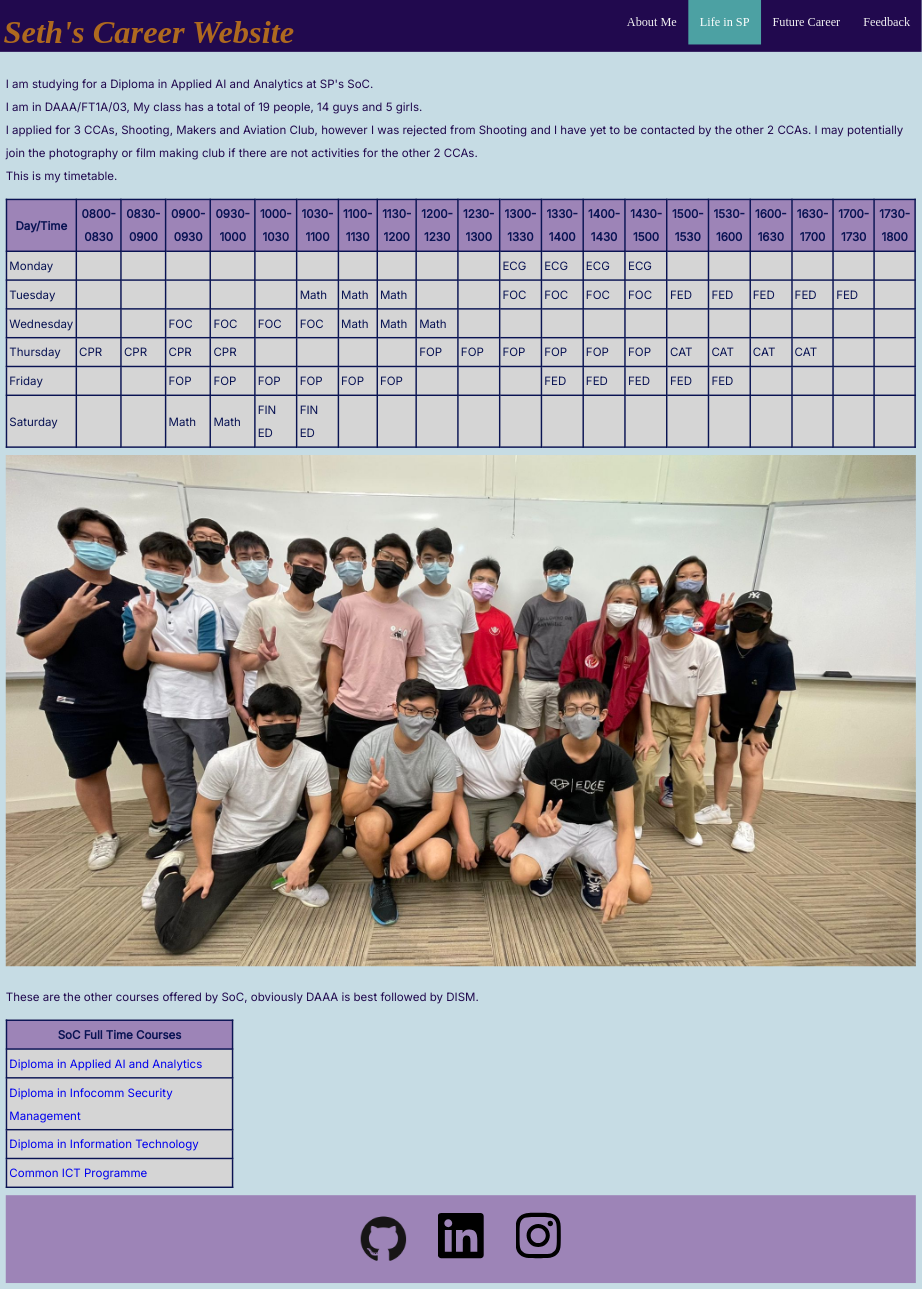
Repository: idkSeth/SP-FED-Website
Page: life.html
The author's editor kept a record of every edit. The page is drawn from the files as they stood at one moment, then again after the next edit.
The browser window is 1280 px wide. The pictures show the whole page, at 72% of full size.
Some web fonts or font styles are not loaded; a fallback is used.

Above is the page before.

### life.html
<!DOCTYPE html>
<html lang="en">
<head>
    <title>Seth's Career Website</title>
    <link rel="icon" type="image" href="/images/favicon.png">
    <meta charset="UTF-8">
    <script src="scripts.js"></script>
    <noscript>Your browser does not support JavaScript! Please use a browser that supports JavaScript.</noscript>
    <link rel="preconnect" href="https://fonts.googleapis.com">
    <link rel="preconnect" href="https://fonts.gstatic.com" crossorigin>
    <link href="https://fonts.googleapis.com/css2?family=ZCOOL+QingKe+HuangYou&display=swap" rel="stylesheet">
    <link href="https://fonts.googleapis.com/css2?family=Inter&family=Open+Sans&display=swap" rel="stylesheet">
    <link rel="stylesheet" href="styles.css">
</head>

<body>
    <header>
        <a class="awesome" href="index.html">Seth's Career Website</a>
        <div class="topnav">
            <a href="index.html">About Me</a>
            <a class="current" href="life.html">Life in SP</a>
            <a href="future.html">Future Career</a>
            <a href="feedback.html">Feedback</a>
        </div>
    </header>

    <div>
        <p>
            I am studying for a Diploma in Applied AI and Analytics at SP's SoC. <br>
            I am in DAAA/FT1A/03, My class has a total of 19 people, 14 guys and 5 girls. <br>
            I applied for 3 CCAs, Shooting, Makers and Aviation Club, however I was rejected from Shooting and I have yet to be contacted by the other 2 CCAs.
            I may potentially join the photography or film making club if there are not activities for the other 2 CCAs.

            <br> This is my timetable.
        </p>
    </div>


    <table class="timetable">
        <thead>
            <tr>
                <th>Day/Time</th>
                <th>0800-0830</th>
                <th>0830-0900</th>
                <th>0900-0930</th>
                <th>0930-1000</th>
                <th>1000-1030</th>
                <th>1030-1100</th>
                <th>1100-1130</th>
                <th>1130-1200</th>
                <th>1200-1230</th>
                <th>1230-1300</th>
                <th>1300-1330</th>
                <th>1330-1400</th>
                <th>1400-1430</th>
                <th>1430-1500</th>
                <th>1500-1530</th>
                <th>1530-1600</th>
                <th>1600-1630</th>
                <th>1630-1700</th>
                <th>1700-1730</th>
                <th>1730-1800</th>
            </tr>
        </thead>
        <tbody>
          <tr>
            <td>Monday</td>
            <td></td>
            <td></td>
            <td></td>
            <td></td>
            <td></td>
            <td></td>
            <td></td>
            <td></td>
            <td></td>
            <td></td>
            <td>ECG</td>
            <td>ECG</td>
            <td>ECG</td>
            <td>ECG</td>
            <td></td>
            <td></td>
            <td></td>
            <td></td>
            <td></td>
            <td></td>
          </tr>
          <tr>
            <td>Tuesday</td>
            <td></td>
            <td></td>
            <td></td>
            <td></td>
            <td></td>
            <td>Math</td>
            <td>Math</td>
            <td>Math</td>
            <td></td>
            <td></td>
            <td>FOC</td>
            <td>FOC</td>
            <td>FOC</td>
            <td>FOC</td>
            <td>FED</td>
            <td>FED</td>
            <td>FED</td>
            <td>FED</td>
            <td>FED</td>
            <td></td>
          </tr>
          <tr>
            <td>Wednesday</td>
            <td></td>
            <td></td>
            <td>FOC</td>
            <td>FOC</td>
            <td>FOC</td>
            <td>FOC</td>
            <td>Math</td>
            <td>Math</td>
            <td>Math</td>
            <td></td>
            <td></td>
            <td></td>
            <td></td>
            <td></td>
            <td></td>
            <td></td>
            <td></td>
            <td></td>
            <td></td>
            <td></td>
          </tr>
          <tr>
            <td>Thursday</td>
            <td>CPR</td>
            <td>CPR</td>
            <td>CPR</td>
            <td>CPR</td>
            <td></td>
            <td></td>
            <td></td>
            <td></td>
            <td>FOP</td>
            <td>FOP</td>
            <td>FOP</td>
            <td>FOP</td>
            <td>FOP</td>
            <td>FOP</td>
            <td>CAT</td>
            <td>CAT</td>
            <td>CAT</td>
            <td>CAT</td>
            <td></td>
            <td></td>
          </tr>
          <tr>
            <td>Friday</td>
            <td></td>
            <td></td>
            <td>FOP</td>
            <td>FOP</td>
            <td>FOP</td>
            <td>FOP</td>
            <td>FOP</td>
            <td>FOP</td>
            <td></td>
            <td></td>
            <td></td>
            <td>FED</td>
            <td>FED</td>
            <td>FED</td>
            <td>FED</td>
            <td>FED</td>
            <td></td>
            <td></td>
            <td></td>
            <td></td>
          </tr>
          <tr>
            <td>Saturday</td>
            <td></td>
            <td></td>
            <td>Math</td>
            <td>Math</td>
            <td>FIN ED</td>
            <td>FIN ED</td>
            <td></td>
            <td></td>
            <td></td>
            <td></td>
            <td></td>
            <td></td>
            <td></td>
            <td></td>
            <td></td>
            <td></td>
            <td></td>
            <td></td>
            <td></td>
            <td></td>
          </tr>
      </tbody>
    </table>


    <img src="images/class.jpeg" alt="My Class">

    <p>
        These are the other courses offered by SoC, obviously DAAA is best followed by DISM.
    </p>

    <div>
        <table class="courses">
            <thead>
                <tr>
                    <th>SoC Full Time Courses</th>
                </tr>
            </thead>

            <tbody>
                <tr>
                    <td>
                        <a href="https://www.sp.edu.sg/soc/courses/full-time-diplomas/applied-AI-and-analytics">Diploma in Applied AI and Analytics</a>
                    </td>
                </tr>
                <tr>
                    <td>
                        <a href="https://www.sp.edu.sg/soc/courses/full-time-diplomas/infocomm-security-management">Diploma in Infocomm Security Management</a>
                    </td>
                </tr>
                <tr>
                    <td>
                        <a href="https://www.sp.edu.sg/soc/courses/full-time-diplomas/information-technology">Diploma in Information Technology</a>
                    </td>
                </tr>
                <tr>
                    <td>
                        <a href="https://www.sp.edu.sg/soc/courses/full-time-diplomas/common-ict-programme">Common ICT Programme</a>
                    </td>
                </tr>
            </tbody>
        </table>
    </div>

    <footer>
        <div id="social">
            <a href="https://github.com/idkSeth" target="_blank" rel="noopener"><img src="images/icons/GitHub-Mark-120px-plus.png" alt="GitHub"></a>
            <a href="https://www.linkedin.com/in/seth-yong-00672b229/" target="_blank" rel="noopener"><img src="/images/icons/linkedin-brands.svg" alt="LinkedIn"></a>
            <a href="https://www.instagram.com/ds047_seth" target="_blank" rel="noopener"><img src="/images/icons/instagram-brands.svg" alt="Instagram"></a>
        </div>
    </footer>

</body>

### styles.css
body {
    background-color:  #C6DCE4;
    margin-top: 100px;
    padding: 0;
    font-family: 'Inter', sans-serif;
    font-weight: normal;
    line-height: 2;
}

#about {
    align-content: center;
    margin: auto;
    padding: auto;
    text-align: center;
    top: 50%;
    text-align: left;
    margin: auto;
    width: 100%;
    height: 100%;
}

#social {
  text-align: center;
  width: 100%;
}

#social a img {
  width: 5%;
  padding: 20px;
}

p {
    color:#21094E;
}

img {
  object-fit: contain;
  width: 100%;
  margin: auto;
}

footer {
  background-color: #9D84B7;
  bottom: 0;
  left: 0;
  width: 100%;
  margin: 0;
  padding: 0;
}


header {
  font-family: 'ZCOOL QingKe HuangYou', cursive;
  background-color: #21094E;
  min-width: 100%;
  width: 100%;
  height: 10%;
  left: 0;
  top: 0;
  position: absolute;
}

header a {
  padding-left: 5px;
}


/* Add a black background color to the top navigation */
.topnav {
  overflow: hidden;
  float: right;
}

/* Style the links inside the navigation bar */
.topnav a {
  float: left;
  color: #f2f2f2;
  text-align: center;
  padding: 14px 16px;
  text-decoration: none;
  font-size: 17px;
  margin-bottom: 0;
}

/* Change the color of links on hover */
.topnav a:hover {
  background-color: #ddd;
  color: black;
}

/* Highlight current page */
.topnav .current {
  background-color: #4CA1A3;
  color: white;
}

a {
  text-decoration: None;
}

.awesome {
    font-family: futura;
    font-style: italic;
    color: #313131;
    font-size: 45px;
    font-weight: bold;
    -webkit-animation: colorchange 20s infinite alternate;
  }

  @-webkit-keyframes colorchange {
    0% {
      color: blue;
    }
    10% {
      color: #8e44ad;
    }
    20% {
      color: #1abc9c;
    }
    30% {
      color: #d35400;
    }
    40% {
      color: blue;
    }
    50% {
      color: #34495e;
    }
    60% {
      color: blue;
    }
    70% {
      color: #2980b9;
    }
    80% {
      color: #f1c40f;
    }
    90% {
      color: #2980b9;
    }
    100% {
      color: pink;
    }
  }

input[type=text], input[type=email] {
  width: 100%;
  padding: 12px 20px;
  margin: 8px 0;
  box-sizing: border-box;
}

input[type=text]:focus, input[type=email]:focus {
  border: 3px solid #555;
}

input[type=button], input[type=submit], input[type=reset] {
  background-color: #04AA6D;
  border: none;
  color: white;
  padding: 16px 32px;
  text-decoration: none;
  margin: 4px 2px;
  cursor: pointer;
}

table.timetable {
  width: 100%;
  background-color: #d5d5d5;
  border-collapse: collapse;
  border-width: 2px;
  border-color: #091353;
  border-style: solid;
  color: #091353;
  margin-bottom: 10px;
}

table.timetable td, table.timetable th {
  border-width: 2px;
  border-color: #091353;
  border-style: solid;
  padding: 3px;
}

table.timetable thead {
  background-color: #9d84b7;
}

table.courses {
  width: 25%;
  background-color: #d5d5d5;
  border-collapse: collapse;
  border-width: 2px;
  border-color: #091353;
  border-style: solid;
  color: #091353;
  margin-bottom: 10px;
}

table.courses td, table.courses th {
  border-width: 2px;
  border-color: #091353;
  border-style: solid;
  padding: 3px;
}

table.courses thead {
  background-color: #9d84b7;
}

li {
  display: inline;
}

Loaded but not shown: scripts.js (no stored copy; drawn as an empty file)

After the next edit:
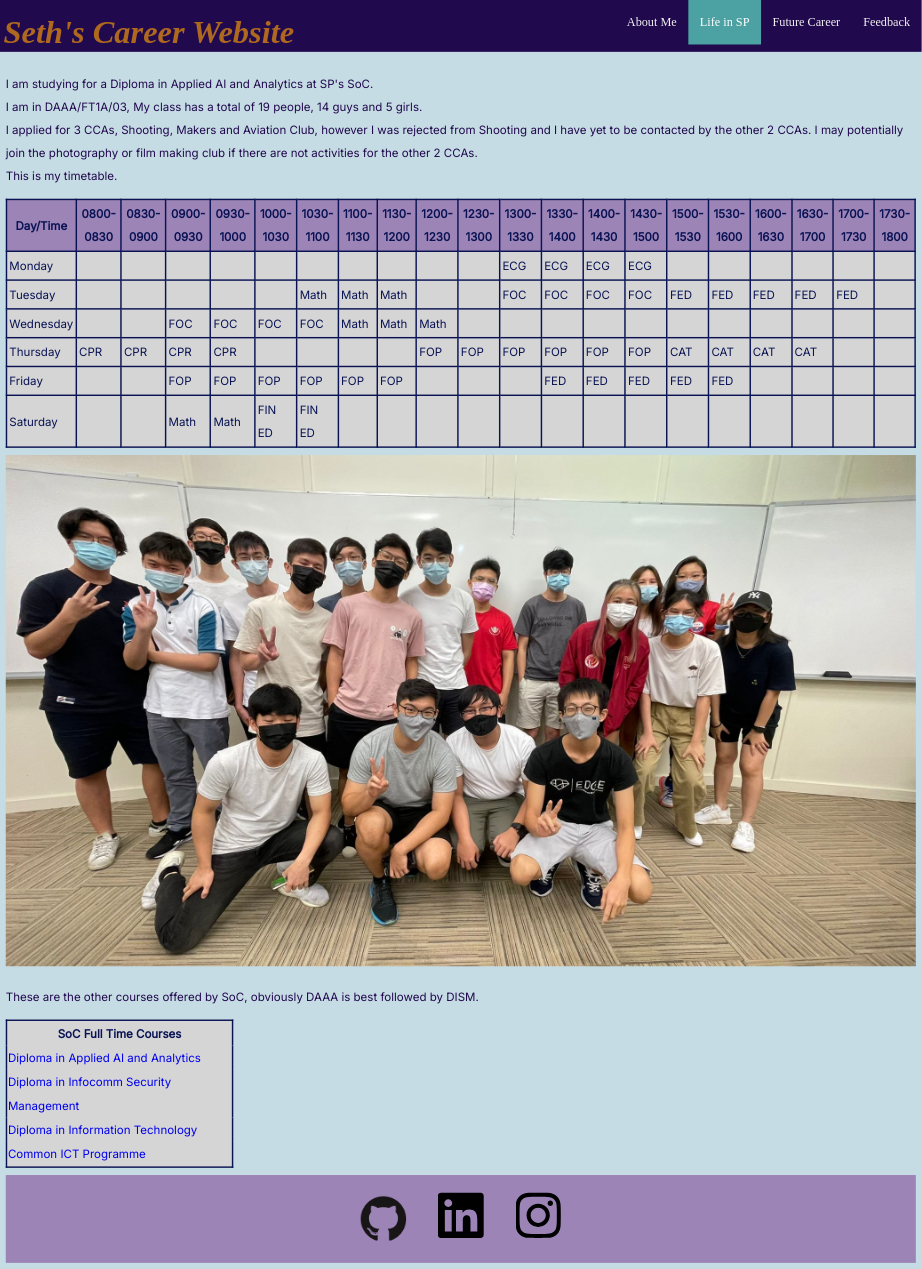
The edit:
--- a/styles.css
+++ b/styles.css
@@ -197,17 +197,6 @@
   margin-bottom: 10px;
 }
 
-table.courses td, table.courses th {
-  border-width: 2px;
-  border-color: #091353;
-  border-style: solid;
-  padding: 3px;
-}
-
-table.courses thead {
-  background-color: #9d84b7;
-}
-
 li {
   display: inline;
 }
